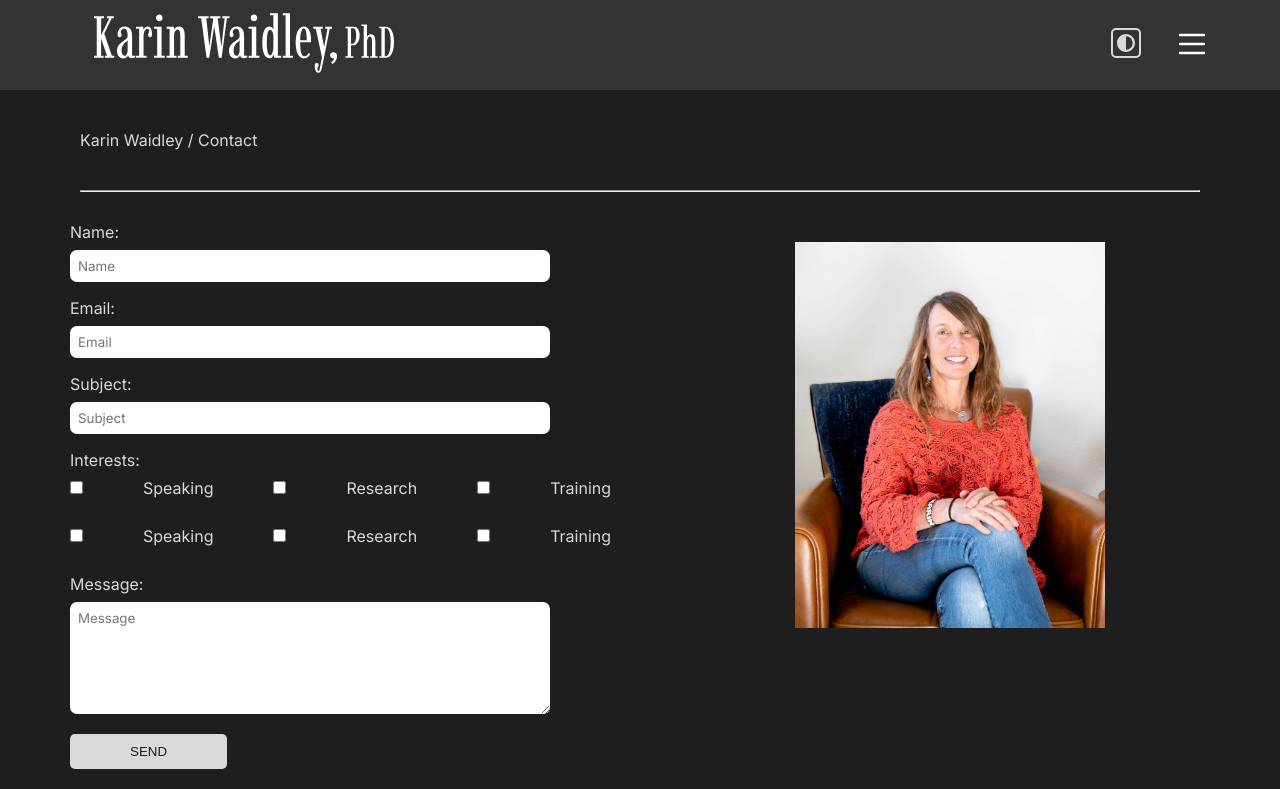
Repository: Ceasor7/Karin
Page: contact.html
An editor plug-in stored every save of this project. The page is shown before and after the next save, followed by the edit.
The browser window is 1280 px wide. The pictures show the whole page.

Above is the page before, as saved 2023-12-16 00:46:12.

### contact.html
<!DOCTYPE html>
<html lang="en">

<head>
    <meta charset="UTF-8">
    <meta name="viewport" content="width=device-width, initial-scale=1.0">
    <link rel="preconnect" href="https://fonts.googleapis.com">
    <link rel="preconnect" href="https://fonts.gstatic.com" crossorigin>
    <link href="https://fonts.googleapis.com/css2?family=Inter:wght@100;300;400;500;600;700;900&display=swap"
        rel="stylesheet">
    <title>Karin Waidley, PhD | Contact</title>
    <style>
        ::-webkit-scrollbar {
            width: .8em;
            border-radius: .3rem;
            background-color: hsl(0, 0%, 65%);
        }

        ::-webkit-scrollbar-thumb {
            border-radius: .3rem;
            background-color: hsl(0, 0%, 55%);
        }

        ::-webkit-scrollbar-thumb:hover {
            background-color: hsl(0, 0%, 45%);
        }

        body,
        h1,
        h2,
        h3,
        p,
        ul,
        li {
            margin: 0;
            padding: 0;
            list-style: none;
        }

        /* Global styles */
        body {
            font-family: 'Inter', sans-serif;
            background-color: var(--primary-color);
        }

        :root {
            --primary-color: #1E1E1E;
            --secondary-color: #D9D9D9;
        }

        .darkmode {
            --primary-color: #D9D9D9;
            --secondary-color: #1E1E1E;
        }

        /* Navbar styles */
        header {
            background-color: #333;
            color: white;
        }

        .navbar {
            display: flex;
            justify-content: space-between;
            align-items: center;
            padding: 7px;
            margin-left: 60px;
            margin-right: 60px;
        }

        .navbar-logo img {
            height: 72px;
            width: 300px;
            margin-left: 27px;
        }

        .navbar-icons {
            display: flex;
            gap: 10px;
        }

        .dark-mode-toggle {
            color: #D9D9D9;
            border: 2px solid currentColor;
            padding: 4px;
            background: transparent;
            cursor: pointer;
            border-radius: 5px;
            width: 30px;
            height: 30px;
        }

        .dark-mode-toggle,
        .svg-icon {
            margin-right: 20px;
        }

        /* Main content styles */
        section {
            margin-top: 20px;
        }

        .page-title {
            margin-bottom: 40px;
            color: var(--secondary-color);
        }

        /* Contact form styles */
        form {
            max-width: 600px;
            margin: 0 auto;
            color: var(--secondary-color);
        }

        label {
            display: block;
            margin-bottom: 8px;
            text-align: left;
            margin-left: 60px;
        }

        input,
        textarea,
        select {
            font-family: 'Inter', sans-serif;
            width: 80%;
            padding: 8px;
            margin-bottom: 16px;
            box-sizing: border-box;
            margin-left: 60px;
            background-color: white;
            border: none;
            border-radius: 7px;

        }

        /* New section styles */
        .image-section {
            text-align: center;
            margin-top: 20px;
        }

        .image-section img {
            max-width: 50%;
            height: auto;
        }


        .flex-container {
            display: flex;
            justify-content: space-between;
            margin-top: 30px;
        }

        .flex-container>div {
            flex: 1;
            margin-right: 20px;
        }

        .form-button {
            margin-left: 60px;
            margin-bottom: 20px;
        }

        .formSend-button {
            padding: 10px;
            background-color: var(--secondary-color);
            color: var(--primary-color);
            padding-left: 60px;
            padding-right: 60px;
            border-radius: 5px;
            border: none;
            cursor: pointer;
        }

        section {
            margin-top: 40px;
            margin-left: 80px;
            margin-right: 80px;
        }

        /*checkboxes*/
        .checkbox-group {
            display: flex;
            margin-bottom: 16px;
        }

        input[type="checkbox"] {
            margin-right: 0;
        }

        /* sidebar menu */
        .sidebarmenu {
            background: transparent;
            border: none;
        }

        .sidebar {
            height: 100%;
            width: 0;
            position: fixed;
            right: 0;
            background-color: #333;
            overflow-x: hidden;
            transition: 0.5s;
            padding-top: 60px;
        }

        .sidebar a {
            padding: 8px 8px 8px 32px;
            text-decoration: none;
            font-size: 18px;
            color: white;
            display: block;
            transition: 0.3s;
        }

        .sidebar a:hover {
            color: #D9D9D9;
            padding: 16px;
        }

        .sidebar .closebtn {
            position: absolute;
            top: 0;
            right: 25px;
            font-size: 36px;
            margin-left: 50px;
        }

        #main {
            transition: margin-right .5s;
        }
    </style>
</head>

<body>
    <div id="mySidebar" class="sidebar">
        <a href="javascript:void(0)" class="closebtn" onclick="closeNav()">×</a>
        <a href="about.html">About</a>
        <a href="contact.html">Contact</a>
    </div>
    <header>
        <div class="navbar">
            <div class="navbar-logo">
                <img src="images/Karin.svg">
            </div>
            <div class="navbar-icons">
                <button id="dark-mode-toggle" class="dark-mode-toggle">
                    <svg width="100%" xmlns="http://www.w3.org/2000/svg" viewBox="0 0 496 496">
                        <path fill="currentColor"
                            d="M8,256C8,393,119,504,256,504S504,393,504,256,393,8,256,8,8,119,8,256ZM256,440V72a184,184,0,0,1,0,368Z"
                            transform="translate(-8 -8)" />
                    </svg>
                </button>
                <button class="sidebarmenu" onclick="openNav()">
                    <svg xmlns="http://www.w3.org/2000/svg" x="0px" y="0px" width="30" height="30" viewBox="0 0 50 50"
                        style="fill:#FFFFFF;">
                        <path
                            d="M 5 8 A 2.0002 2.0002 0 1 0 5 12 L 45 12 A 2.0002 2.0002 0 1 0 45 8 L 5 8 z M 5 23 A 2.0002 2.0002 0 1 0 5 27 L 45 27 A 2.0002 2.0002 0 1 0 45 23 L 5 23 z M 5 38 A 2.0002 2.0002 0 1 0 5 42 L 45 42 A 2.0002 2.0002 0 1 0 45 38 L 5 38 z">
                        </path>
                    </svg>
                </button>
            </div>
        </div>
    </header>
    <div id="main">
        <section>
            <p class="page-title">Karin Waidley / Contact</p>
            <hr>
        </section>
        <div class="flex-container">
            <div>
                <form onsubmit="sendEmail(); reset(); return false;">
                    <label for="name">Name:</label>
                    <input type="text" id="name" placeholder="Name" name="name" required>

                    <label for="email">Email:</label>
                    <input type="email" id="email" placeholder="Email" name="email" required>

                    <label for="subject">Subject:</label>
                    <input type="text" id="subject" placeholder="Subject" name="subject" required>

                    <label>Interests:</label>
                    <div class="checkbox-group">
                        <input type="checkbox" id="speaking" name="interests[]" value="speaking">
                        <label for="speaking">Speaking</label>

                        <input type="checkbox" id="research" name="interests[]" value="research">
                        <label for="research">Research</label>

                        <input type="checkbox" id="training" name="interests[]" value="training">
                        <label for="training">Training</label>
                    </div>
                    <div class="checkbox-group">
                        <input type="checkbox" id="speaking" name="interests[]" value="speaking">
                        <label for="speaking">Speaking</label>

                        <input type="checkbox" id="research" name="interests[]" value="research">
                        <label for="research">Research</label>

                        <input type="checkbox" id="training" name="interests[]" value="training">
                        <label for="training">Training</label>
                    </div>

                    <label for="message">Message:</label>
                    <textarea id="message" placeholder="Message" name="message" rows="6" required></textarea>

                    <div class="form-button">
                        <button class="formSend-button" type="submit">SEND</button>
                    </div>
                </form>
            </div>
            <!-- New section with image -->
            <div class="image-section">
                <img src="images/Karin.jpeg" alt="Karin Waidley">
            </div>
        </div>
    </div>
    <script src="darkmode.js"></script>
    <script src="https://smtpjs.com/v3/smtp.js"></script>
    <script>
        function openNav() {
            document.getElementById("mySidebar").style.width = "250px";
            document.getElementById("main").style.marginRight = "250px";
        }

        function closeNav() {
            document.getElementById("mySidebar").style.width = "0";
            document.getElementById("main").style.marginRight = "0";
        }

        function sendEmail() {
            Email.send({
                Host: "smtp.gmail.com",
                Username: "mosesnumi5@gmail.com",
                Password: "marionita",
                To: 'micheal3955@gmail.com',
                From: "you@isp.com",
                Subject: "This is the subject",
                Body: "And this is the body"
            }).then(
                message => alert(message)
            );
        }
    </script>
</body>

</html>

### darkmode.js

let darkMode = localStorage.getItem('darkMode');

const darkModeToggle = document.querySelector('#dark-mode-toggle');

const enableDarkMode = () => {
  document.body.classList.add('darkmode');
  localStorage.setItem('darkMode', 'enabled');
}

const disableDarkMode = () => {

  document.body.classList.remove('darkmode');

  localStorage.setItem('darkMode', null);
}


if (darkMode === 'enabled') {
  enableDarkMode();
}

darkModeToggle.addEventListener('click', () => {

  darkMode = localStorage.getItem('darkMode');

  if (darkMode !== 'enabled') {
    enableDarkMode();
  } else {
    disableDarkMode();
  }
});

After the next save:
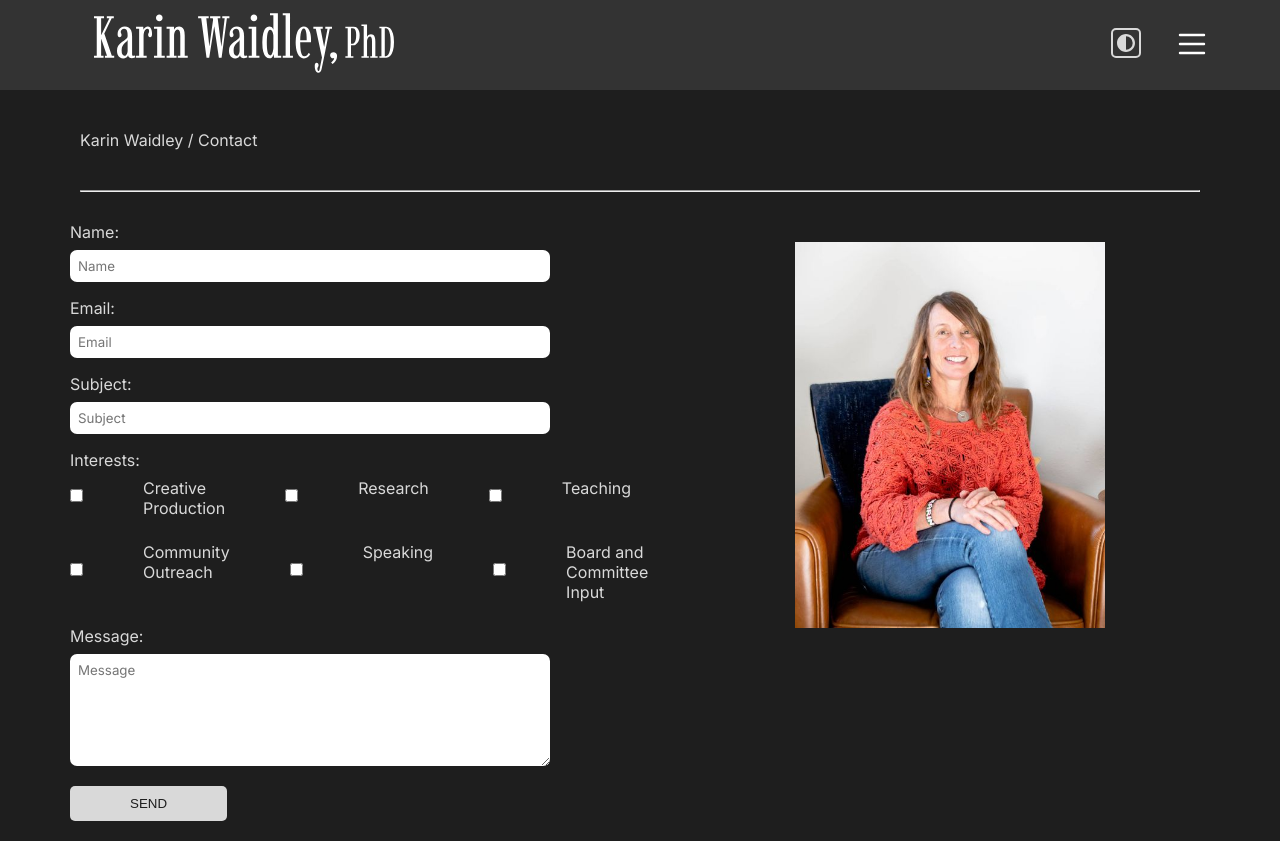
Saved 2 min 58 s later.
--- a/contact.html
+++ b/contact.html
@@ -283,24 +283,24 @@
 
                     <label>Interests:</label>
                     <div class="checkbox-group">
-                        <input type="checkbox" id="speaking" name="interests[]" value="speaking">
-                        <label for="speaking">Speaking</label>
+                        <input type="checkbox" id="creative-production" name="interests[]" value="speaking">
+                        <label for="speaking">Creative Production</label>
 
                         <input type="checkbox" id="research" name="interests[]" value="research">
                         <label for="research">Research</label>
 
-                        <input type="checkbox" id="training" name="interests[]" value="training">
-                        <label for="training">Training</label>
+                        <input type="checkbox" id="teaching" name="interests[]" value="training">
+                        <label for="training">Teaching</label>
                     </div>
                     <div class="checkbox-group">
-                        <input type="checkbox" id="speaking" name="interests[]" value="speaking">
-                        <label for="speaking">Speaking</label>
-
-                        <input type="checkbox" id="research" name="interests[]" value="research">
-                        <label for="research">Research</label>
-
-                        <input type="checkbox" id="training" name="interests[]" value="training">
-                        <label for="training">Training</label>
+                        <input type="checkbox" id="community-outreach" name="interests[]" value="speaking">
+                        <label for="speaking">Community Outreach</label>
+
+                        <input type="checkbox" id="speaking" name="interests[]" value="research">
+                        <label for="research">Speaking</label>
+
+                        <input type="checkbox" id="boardCommittee" name="interests[]" value="training">
+                        <label for="training">Board and Committee Input</label>
                     </div>
 
                     <label for="message">Message:</label>
